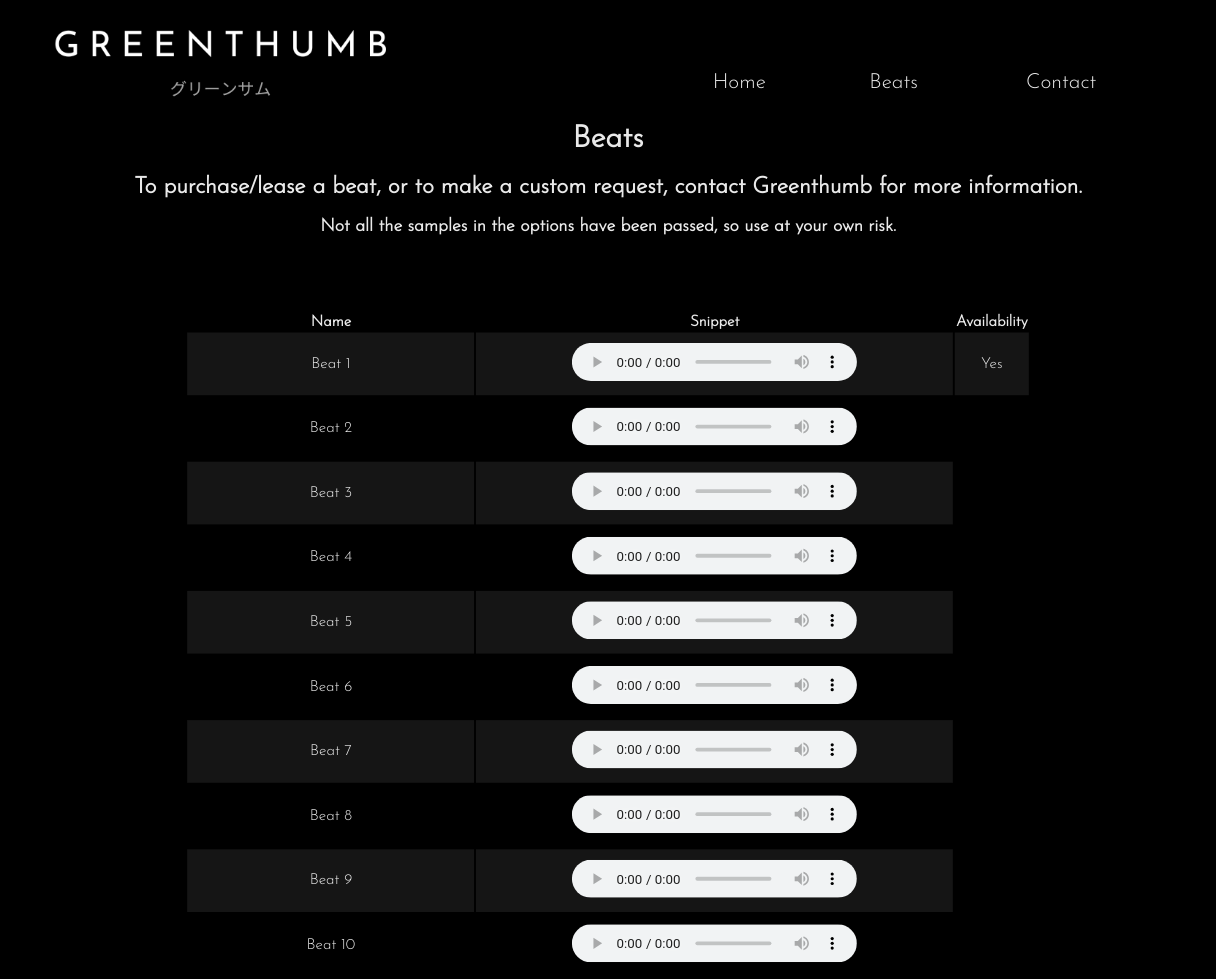
Repository: shayanabedi98/Greenthumb
Page: beats.html
The author's editor kept a copy of each file at every save. The page is drawn from the files as they stood at one save, then again after the next save.
The browser window is 1280 px wide. The pictures show the whole page, at 95% of full size.

Above is the page before, as saved 2023-08-17 16:46:33.

After the next save:
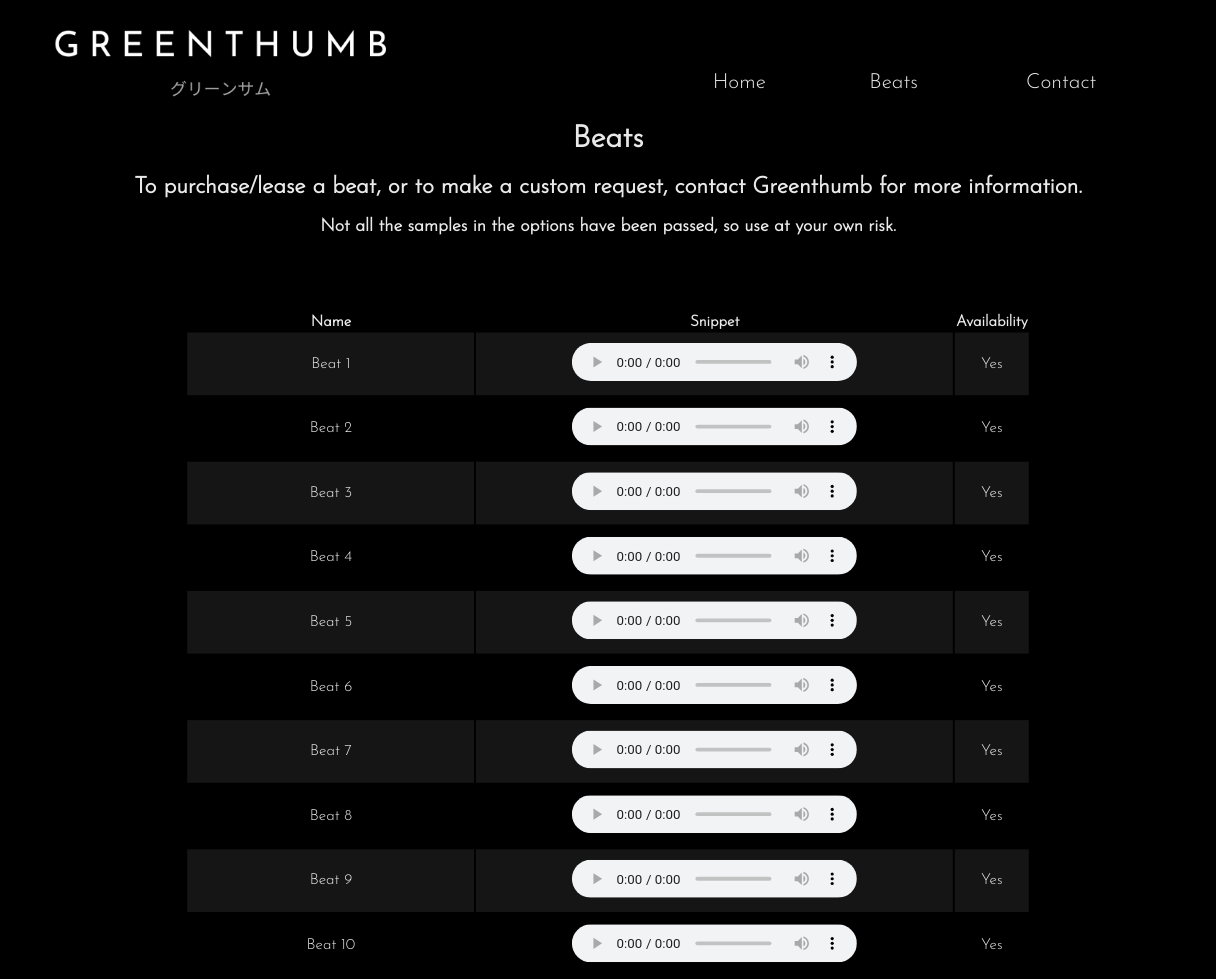
Saved 28 s later.
--- a/beats.html
+++ b/beats.html
@@ -38,38 +38,47 @@
             <tr>
                 <td width="300">Beat 2</td>
                 <td width="500"><audio controlsList="nodownload" controls src="resources/audio/Beat 2.mp3"></audio></td>
+                <td>Yes</td>
             </tr>
             <tr bgcolor="15, 15, 15">
                 <td width="300">Beat 3</td>
                 <td width="500"><audio controlsList="nodownload" controls src="resources/audio/Beat 3.mp3"></audio></td>
+                <td>Yes</td>
             </tr>
             <tr>
                 <td width="300">Beat 4</td>
                 <td width="500"><audio controlsList="nodownload" controls src="resources/audio/Beat 4.mp3"></audio></td>
+                <td>Yes</td>
             </tr>
             <tr bgcolor="15, 15, 15">
                 <td width="300">Beat 5</td>
                 <td width="500"><audio controlsList="nodownload" controls src="resources/audio/Beat 5.mp3"></audio></td>
+                <td>Yes</td>
             </tr>
             <tr>
                 <td width="300">Beat 6</td>
                 <td width="500"><audio controlsList="nodownload" controls src="resources/audio/Beat 6.mp3"></audio></td>
+                <td>Yes</td>
             </tr>
             <tr bgcolor="15, 15, 15">
                 <td width="300">Beat 7</td>
                 <td width="500"><audio controlsList="nodownload" controls src="resources/audio/Beat 7.mp3"></audio></td>
+                <td>Yes</td>
             </tr>
             <tr>
                 <td width="300">Beat 8</td>
                 <td width="500"><audio controlsList="nodownload" controls src="resources/audio/Beat 8.mp3"></audio></td>
+                <td>Yes</td>
             </tr>
             <tr bgcolor="15, 15, 15">
                 <td width="300">Beat 9</td>
                 <td width="500"><audio controlsList="nodownload" controls src="resources/audio/Beat 9.mp3"></audio></td>
+                <td>Yes</td>
             </tr>
             <tr>
                 <td width="300">Beat 10</td>
                 <td width="500"><audio controlsList="nodownload" controls src="resources/audio/Beat 10.mp3"></audio></td>
+                <td>Yes</td>
             </tr>
         </table>
     </div>
